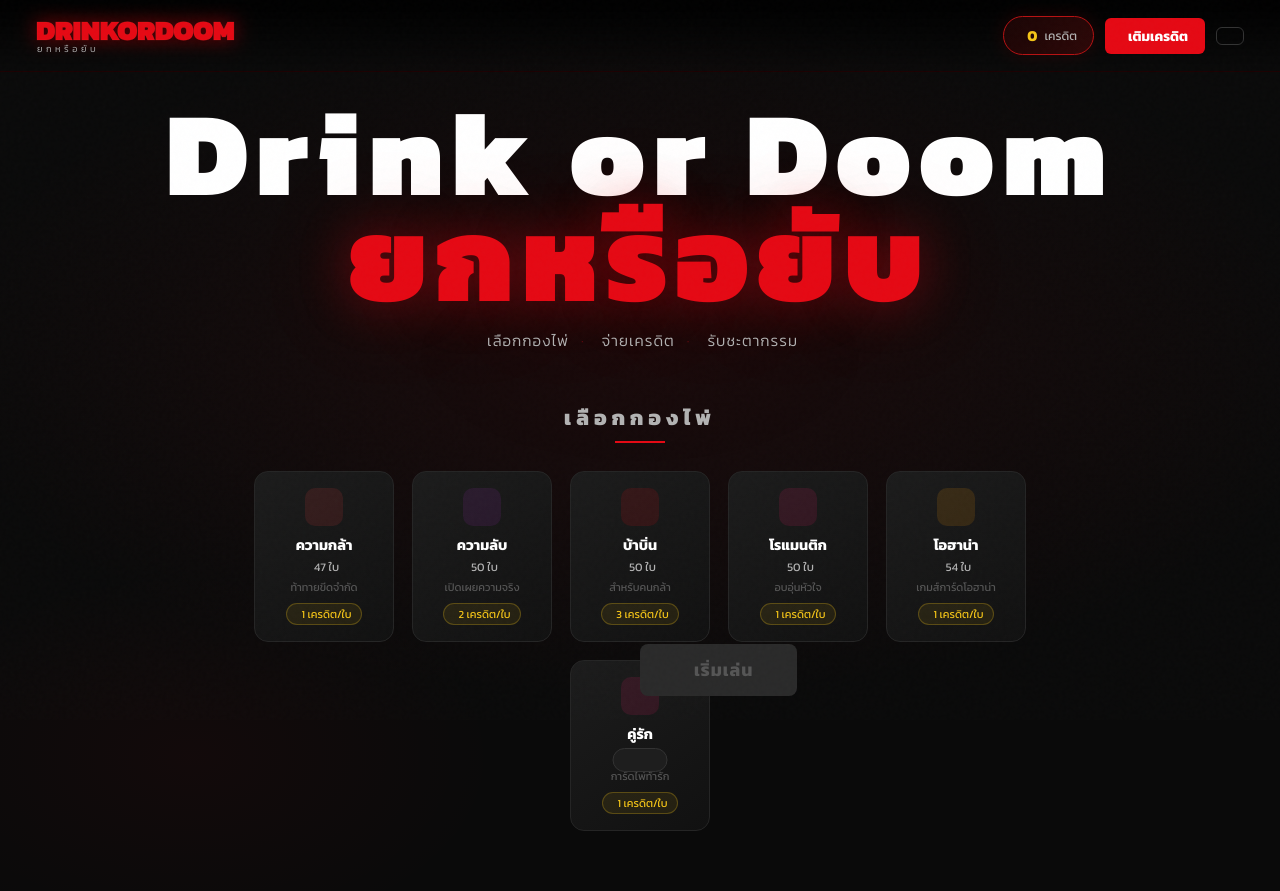
Repository: nuthiokhaw99/Drink-or-Doom.github.io
Page: index.html
An editor plug-in stored every save of this project. The page is shown before and after the next save, followed by the edit.
The browser window is 1280 px wide. The pictures show the whole page.
Some icons come from a web library that is not loaded, so they are not drawn.

Above is the page before, as saved 2026-03-25 00:42:53.

### index.html
<!DOCTYPE html>
<html lang="th">
<head>
<meta charset="UTF-8">
<meta name="viewport" content="width=device-width, initial-scale=1.0">
<title>DEALSHOT — ไพ่วงเหล้า</title>

<!-- Fonts -->
<link href="https://fonts.googleapis.com/css2?family=Kanit:ital,wght@0,300;0,400;0,600;0,700;0,800;0,900;1,400&display=swap" rel="stylesheet">

<!-- Flaticon Uicons -->
<link rel="stylesheet" href="https://cdn-uicons.flaticon.com/2.6.0/uicons-solid-rounded/css/uicons-solid-rounded.css">
<link rel="stylesheet" href="https://cdn-uicons.flaticon.com/2.6.0/uicons-regular-rounded/css/uicons-regular-rounded.css">
<link rel="stylesheet" href="https://cdn-uicons.flaticon.com/2.6.0/uicons-brands/css/uicons-brands.css">

<!-- Styles -->
<link rel="stylesheet" href="css/main.css">
<link rel="stylesheet" href="css/components.css">
<link rel="stylesheet" href="css/admin.css">
</head>
<body>

<header class="hdr">
  <div class="logo" onclick="goHome()">
    <div class="logo-wordmark">
      <span class="logo-main">DRINKORDOOM</span>
      <span class="logo-sub">ยกหรือยับ</span>
    </div>
  </div>
  <div class="hdr-r">
    <div class="credit-pill" onclick="openTopup()">
      <i class="fi fi-sr-coins" style="color:var(--gold);font-size:.95rem;"></i>
      <span class="amt" id="cr-disp">0</span>
      <span class="lbl">เครดิต</span>
    </div>
    <button class="btn-topup" onclick="openTopup()">
      <i class="fi fi-sr-plus"></i><span class="lbl-txt">เติมเครดิต</span>
    </button>
        <button class="btn-ghost" id="btn-admin" onclick="showAdmin()">
        <i class="fi fi-sr-tools"></i>
        </button>
  </div>
</header>

<!-- ============ HOME SCREEN ============ -->
<div id="home-screen">
  <section class="hero">
    <div class="big-title"><div>Drink or Doom</div><div class="r">ยกหรือยับ</div></div>
    <p class="hero-sub">
      <span class="chip"><i class="fi fi-sr-layers" style="color:var(--red);font-size:.85rem;"></i> เลือกกองไพ่</span>
      <span class="sep">·</span>
      <span class="chip"><i class="fi fi-sr-coins" style="color:var(--gold);font-size:.85rem;"></i> จ่ายเครดิต</span>
      <span class="sep">·</span>
      <span class="chip"><i class="fi fi-sr-bolt" style="color:var(--red);font-size:.85rem;"></i> รับชะตากรรม</span>
    </p>
    <p class="sec-label">เลือกกองไพ่</p>
    <div class="deck-grid-wrap">
      <div class="deck-grid" id="deck-grid"></div>
      <button class="btn-play" id="btn-play" onclick="startGame()" disabled>
        <i class="fi fi-sr-play"></i> เริ่มเล่น
      </button>
    </div>
  </section>
</div>

<!-- ============ GAME SCREEN ============ -->
<div id="game-screen">
  <div class="game-hdr">
    <div style="display:flex;align-items:center;gap:14px;">
      <button class="btn-ghost" onclick="goHome()"><i class="fi fi-sr-angle-left"></i> กลับ</button>
      <div class="g-deck-info">
        <div class="g-deck-ico" id="g-ico-wrap"><i id="g-ico" class="fi fi-sr-flame"></i></div>
        <div>
          <div class="g-nm" id="g-nm"></div>
          <div class="g-rm"><i class="fi fi-rr-copy" style="font-size:.7rem;opacity:.5;"></i><span id="g-rm"></span></div>
        </div>
      </div>
    </div>
    <div style="display:flex;align-items:center;gap:10px;">
      <!-- โหมด toggle -->
      <div class="layout-toggle">
        <button class="lt-btn act" id="lt-scatter" onclick="setLayout('scatter')" title="กระจายเละ">
          <i class="fi fi-sr-shuffle"></i>
        </button>
        <button class="lt-btn" id="lt-stack" onclick="setLayout('stack')" title="เรียงตับ">
          <i class="fi fi-sr-layers"></i>
        </button>
      </div>
      <div class="g-layout-label" id="g-layout-label">แบบกระจาย</div>
    </div>
  </div>
  <div class="table-area">
    <div class="cards-wrap" id="cards-wrap"></div>
    <div class="cost-hint">
      <i class="fi fi-rr-cursor" style="opacity:.6;"></i>
      แตะการ์ดเพื่อเปิด · ใช้ <span class="hl" id="cost-show">1</span> เครดิต/ใบ
    </div>
  </div>
</div>

<!-- ============ ADMIN SCREEN ============ -->
<div id="admin-screen">
  <div class="adm-hdr">
    <div>
      <div class="adm-ttl"><i class="fi fi-sr-settings-sliders" style="color:var(--red);"></i> <span class="r">ADMIN</span> PANEL</div>
      <div class="adm-sub">จัดการไพ่และกองไพ่ทั้งหมด</div>
    </div>
    <button class="btn-ghost" onclick="goHome()"><i class="fi fi-sr-home"></i> หน้าหลัก</button>
  </div>
  <div class="tabs">
    <button class="tab act" onclick="switchTab('decks',0)"><i class="fi fi-sr-layers"></i> กองไพ่</button>
    <button class="tab" onclick="switchTab('cards',1)"><i class="fi fi-sr-pencil"></i> แก้ไขไพ่</button>
    <button class="tab" onclick="switchTab('settings',2)"><i class="fi fi-sr-settings"></i> ตั้งค่า</button>
    <button class="tab" onclick="switchTab('sheet',3)"><i class="fi fi-sr-table"></i> Spreadsheet</button>
  </div>

  <!-- Tab: Decks -->
  <div class="tab-content act" id="tc-decks">
    <div class="deck-list-adm" id="adm-deck-list"></div>
    <button class="btn-add" onclick="openDeckForm()"><i class="fi fi-sr-plus"></i> เพิ่มกองไพ่ใหม่</button>
  </div>

  <!-- Tab: Cards -->
  <div class="tab-content" id="tc-cards">
    <div style="display:flex;align-items:center;gap:10px;margin-bottom:16px;">
      <label style="color:var(--text2);font-size:.85rem;display:flex;align-items:center;gap:6px;">
        <i class="fi fi-sr-layers"></i> กองไพ่:
      </label>
      <select class="fc" id="adm-deck-sel" style="width:200px" onchange="loadCE()"></select>
    </div>
    <div class="card-editor-box">
      <h3 id="ce-title"><i class="fi fi-sr-layers" style="color:var(--red);"></i> เลือกกองไพ่ก่อน</h3>
      <div class="card-list-ed" id="card-list-ed"></div>
      <button class="btn-add-card" onclick="addCRow()"><i class="fi fi-sr-plus"></i> เพิ่มไพ่</button>
    </div>
    <div style="display:flex;justify-content:flex-end;margin-top:14px;">
      <button class="btn-save" onclick="saveCards()"><i class="fi fi-sr-disk"></i> บันทึก</button>
    </div>
  </div>

  <!-- Tab: Settings -->
  <div class="tab-content" id="tc-settings">
    <div class="sheet-sec">
      <h3><i class="fi fi-sr-settings" style="color:var(--red);"></i> ตั้งค่าระบบ</h3>
      <p>กำหนดเครดิตเริ่มต้นและชื่อเว็บ</p>
      <div class="fg"><label><i class="fi fi-sr-coins"></i> เครดิตเริ่มต้น (ทดสอบ)</label><input type="number" class="fc" id="st-cr" value="10"></div>
      <div class="fg"><label><i class="fi fi-sr-tag"></i> ชื่อเว็บ</label><input type="text" class="fc" id="st-nm" value="DEALSHOT"></div>
      <div class="fg">
        <label><i class="fi fi-sr-flask"></i> โหมดทดสอบ</label>
        <select class="fc" id="st-test"><option value="1">เปิด</option><option value="0">ปิด</option></select>
      </div>
      <button class="btn-save" onclick="saveSettings()"><i class="fi fi-sr-disk"></i> บันทึก</button>
    </div>
  </div>

  <!-- Tab: Spreadsheet -->
  <div class="tab-content" id="tc-sheet">
    <div class="sheet-sec">
      <h3><i class="fi fi-brands-google" style="color:var(--red);"></i> เชื่อม Google Spreadsheet</h3>
      <p>ใส่ URL ของ Google Sheets (Share → Anyone with link can view)</p>
      <div class="sheet-row">
        <input type="text" class="sh-inp" id="sheet-url" placeholder="https://docs.google.com/spreadsheets/d/...">
        <button class="btn-conn" onclick="connectSheet()"><i class="fi fi-sr-link"></i> เชื่อมต่อ</button>
      </div>
      <div style="margin-top:16px;padding:14px;background:#1a1a1a;border-radius:8px;font-size:.8rem;color:var(--text2);line-height:2;">
        <strong style="color:#fff;display:flex;align-items:center;gap:6px;margin-bottom:4px;">
          <i class="fi fi-sr-info" style="color:var(--red);"></i> รูปแบบ Sheet ที่รองรับ:
        </strong>
        Sheet 1: <code style="color:var(--gold);">decks</code> — id | name | icon | theme | cost_per_card | description<br>
        Sheet 2: <code style="color:var(--gold);">cards</code> — deck_id | category | text
      </div>
    </div>
    <div class="sheet-sec">
      <h3><i class="fi fi-sr-database" style="color:var(--red);"></i> Export / Import</h3>
      <p>สำรองหรือนำเข้าข้อมูลไพ่ทั้งหมด</p>
      <div style="display:flex;gap:10px;flex-wrap:wrap;">
        <button class="btn-conn" onclick="exportData()"><i class="fi fi-sr-download"></i> Export JSON</button>
        <button class="btn-conn ghost" onclick="importData()"><i class="fi fi-sr-upload"></i> Import JSON</button>
        <button class="btn-conn ghost" onclick="resetData()"><i class="fi fi-sr-rotate-left"></i> รีเซ็ต</button>
      </div>
      <input type="file" id="imp-file" accept=".json" style="display:none" onchange="handleImport(event)">
    </div>
  </div>
</div>

<!-- ============ RESULT MODAL ============ -->
<div class="overlay" id="res-overlay">
  <div class="res-card">
    <div class="res-deck-lbl" id="res-dlbl"></div>
    <div class="res-ico-wrap" id="res-ico-wrap"><i id="res-ico" class="fi fi-sr-flame"></i></div>
    <div class="res-cat" id="res-cat"></div>
    <div class="res-txt" id="res-txt"></div>
    <div class="res-acts">
      <button class="btn-close-r" onclick="closeRes()"><i class="fi fi-sr-cross"></i> ปิด</button>
      <button class="btn-next" onclick="closeRes()">ไพ่ใบต่อไป <i class="fi fi-sr-arrow-right"></i></button>
    </div>
  </div>
</div>

<!-- ============ TOP-UP MODAL ============ -->
<div class="overlay" id="topup-overlay">
  <div class="modal-box">
    <button class="modal-x" onclick="closeTopup()"><i class="fi fi-sr-cross"></i></button>
    <div class="modal-ttl"><i class="fi fi-sr-coins" style="color:var(--gold);"></i> เติม<span class="r">เครดิต</span></div>
    <div class="modal-sub">เลือกแพ็กเกจที่ต้องการ</div>
    <div class="topup-grid">
      <div class="topup-opt" onclick="selPkg(this,10)">
        <div class="coins"><i class="fi fi-sr-coins"></i> 10</div><div class="price">฿29</div>
      </div>
      <div class="topup-opt" onclick="selPkg(this,30)">
        <div class="coins"><i class="fi fi-sr-coins"></i> 30</div><div class="price">฿79</div>
        <div class="bonus"><i class="fi fi-sr-plus"></i> +5 โบนัส</div>
      </div>
      <div class="topup-opt" onclick="selPkg(this,60)">
        <div class="coins"><i class="fi fi-sr-coins"></i> 60</div><div class="price">฿149</div>
        <div class="bonus"><i class="fi fi-sr-plus"></i> +15 โบนัส</div>
      </div>
      <div class="topup-opt" onclick="selPkg(this,150)">
        <div class="coins"><i class="fi fi-sr-coins"></i> 150</div><div class="price">฿349</div>
        <div class="bonus"><i class="fi fi-sr-star"></i> +50 โบนัส</div>
      </div>
    </div>
    <div class="coming-banner">
      <strong><i class="fi fi-sr-triangle-warning"></i> ระบบชำระเงินกำลังพัฒนา</strong>
      <span style="font-size:.75rem;">กด "รับฟรี" ด้านล่างเพื่อทดสอบ</span>
    </div>
    <button class="btn-free" onclick="freeCredit()"><i class="fi fi-sr-gift"></i> รับฟรี 10 เครดิต (ทดสอบ)</button>
  </div>
</div>

<!-- ============ DECK FORM MODAL ============ -->
<div class="form-overlay" id="deck-form-ov">
  <div class="form-box">
    <button class="form-x" onclick="closeDeckForm()"><i class="fi fi-sr-cross"></i></button>
    <h3 id="df-title"><i class="fi fi-sr-layers" style="color:var(--red);"></i> เพิ่มกองไพ่ใหม่</h3>
    <div class="fg"><label><i class="fi fi-sr-tag"></i> ชื่อกองไพ่</label><input class="fc" id="df-name" placeholder="เช่น ความกล้า"></div>
    <div class="fg">
      <label><i class="fi fi-sr-apps"></i> Flaticon Uicons (เช่น fi-sr-flame)</label>
      <input class="fc" id="df-icon" placeholder="fi-sr-flame">
    </div>
    <div class="fg">
      <label><i class="fi fi-sr-palette"></i> ธีมสี</label>
      <select class="fc" id="df-theme">
        <option value="fire">ไฟ — แดง</option>
        <option value="magic">เวทมนตร์ — ม่วง</option>
        <option value="skull">กะโหลก — แดงเข้ม</option>
        <option value="heart">หัวใจ — ชมพู</option>
        <option value="star">ดาว — ทอง</option>
        <option value="bolt">ฟ้าผ่า — ส้ม</option>
        <option value="default">ค่าเริ่มต้น — เทา</option>
      </select>
    </div>
    <div class="fg"><label><i class="fi fi-sr-align-left"></i> คำอธิบาย</label><input class="fc" id="df-desc" placeholder="คำอธิบายสั้นๆ"></div>
    <div class="fg"><label><i class="fi fi-sr-coins"></i> ค่าเครดิต/ใบ</label><input class="fc" type="number" id="df-cost" value="1" min="0"></div>
    <div class="form-acts">
      <button class="btn-cancel" onclick="closeDeckForm()"><i class="fi fi-sr-cross"></i> ยกเลิก</button>
      <button class="btn-save" onclick="saveDeck()"><i class="fi fi-sr-disk"></i> บันทึก</button>
    </div>
  </div>
</div>

<!-- ============ TOAST ============ -->
<div class="toast" id="toast">
  <i id="toast-ico" class="fi fi-sr-check-circle" style="color:#4caf50;"></i>
  <span id="toast-msg"></span>
</div>

<!-- ============ SCRIPTS ============ -->
<!-- โหลด db.js ก่อน เพราะไฟล์อื่นใช้ DB -->
<script src="js/db.js"></script>
<script src="js/admin-keys.js"></script>
<script src="js/payment.js"></script>
<script src="js/api.js"></script>
<script src="js/components.js"></script>
<script src="js/admin.js"></script>
<script src="js/app.js"></script>
</body>
</html>

### css/main.css
/* =========================================
   main.css — Base styles, variables, layout
   ========================================= */

:root {
  --bg: #0a0a0a;
  --bg2: #111;
  --bg3: #1a1a1a;
  --red: #e50914;
  --red2: #b81213;
  --red3: #ff1a24;
  --gold: #f5c518;
  --text: #fff;
  --text2: #b3b3b3;
  --text3: #555;
  --glow: rgba(229, 9, 20, 0.35);
}

* { margin: 0; padding: 0; box-sizing: border-box; }

body {
  background: var(--bg);
  color: var(--text);
  font-family: "Kanit", sans-serif;
  min-height: 100vh;
  overflow-x: hidden;
}

/* Grain overlay */
body::before {
  content: "";
  position: fixed;
  inset: 0;
  background-image: url("data:[embedded picture, 298 characters]");
  pointer-events: none;
  z-index: 9998;
  opacity: .35;
}

/* ---- DECK ICON COLOR THEMES ---- */
.th-fire    { background: rgba(229,57,53,.13);  color: #ef5350; }
.th-magic   { background: rgba(156,39,176,.13);  color: #ce93d8; }
.th-skull   { background: rgba(229,9,20,.13);    color: var(--red); }
.th-heart   { background: rgba(233,30,99,.13);   color: #f06292; }
.th-star    { background: rgba(245,197,24,.13);  color: var(--gold); }
.th-bolt    { background: rgba(255,152,0,.13);   color: #ffa726; }
.th-default { background: rgba(255,255,255,.06); color: var(--text2); }

/* ---- HEADER ---- */
.hdr {
  display: flex; align-items: center; justify-content: space-between;
  padding: 16px 36px;
  position: fixed; top: 0; left: 0; right: 0; z-index: 200;
  background: linear-gradient(180deg, rgba(0,0,0,.96) 0%, transparent 100%);
  border-bottom: 1px solid rgba(229,9,20,.12);
}
.logo {
  display: flex; align-items: center;
  cursor: pointer; text-decoration: none;
  user-select: none;
}

/* Netflix-style wordmark */
.logo-wordmark {
  display: flex;
  flex-direction: column;
  line-height: 1;
  gap: 1px;
}

.logo-main {
  font-family: "Kanit", sans-serif;
  font-weight: 900;
  font-size: 1.75rem;
  color: var(--red);
  letter-spacing: -0.5px;   /* Netflix แน่น ไม่ห่าง */
  text-transform: uppercase;
  /* เงา glow แบบ Netflix */
  text-shadow:
    0 0 20px rgba(229,9,20,.6),
    0 2px 4px rgba(0,0,0,.8);
  /* ขอบบางๆ ให้ดู solid */
  -webkit-text-stroke: 0.5px rgba(255,60,60,.3);
  transition: text-shadow .2s;
}

.logo-sub {
  font-family: "Kanit", sans-serif;
  font-weight: 300;
  font-size: .58rem;
  color: var(--text2);
  letter-spacing: 3.5px;
  text-transform: uppercase;
  padding-left: 1px;
}

.logo:hover .logo-main {
  text-shadow:
    0 0 30px rgba(229,9,20,.9),
    0 0 60px rgba(229,9,20,.4),
    0 2px 4px rgba(0,0,0,.8);
}

/* ลบ class เก่าที่ไม่ใช้แล้ว */
.logo-ico { display: none; }
.logo-txt { display: none; }
.hdr-r { display: flex; align-items: center; gap: 11px; }

/* ---- CREDIT PILL ---- */
.credit-pill {
  display: flex; align-items: center; gap: 7px;
  background: linear-gradient(135deg, #1a0505, #2d0808);
  border: 1px solid var(--red2); border-radius: 30px;
  padding: 7px 16px; cursor: pointer; transition: .2s;
  box-shadow: 0 0 18px rgba(229,9,20,.12);
}
.credit-pill:hover { border-color: var(--red); box-shadow: 0 0 24px var(--glow); }
.credit-pill .amt  { color: var(--gold); font-weight: 700; font-size: .95rem; }
.credit-pill .lbl  { color: var(--text2); font-size: .75rem; }

/* ---- BUTTONS ---- */
.btn-topup {
  background: var(--red); color: #fff; border: none;
  padding: 8px 17px; border-radius: 6px;
  font-family: "Kanit", sans-serif; font-weight: 700; font-size: .85rem;
  cursor: pointer; transition: .2s;
  display: flex; align-items: center; gap: 6px;
  white-space: nowrap;   /* เพิ่ม — ไม่ตัดบรรทัด */
  flex-shrink: 0;        /* เพิ่ม — ไม่ให้หด */
}
.btn-topup:hover { background: var(--red3); transform: translateY(-1px); box-shadow: 0 4px 18px var(--glow); }

.btn-ghost {
  background: transparent; color: var(--text2); border: 1px solid #333;
  padding: 8px 13px; border-radius: 6px;
  font-family: "Kanit", sans-serif; font-size: .82rem;
  cursor: pointer; transition: .2s;
  display: flex; align-items: center; gap: 6px;
}
.btn-ghost:hover { border-color: var(--text2); color: #fff; }

/* ---- HERO ---- */
.hero {
  min-height: 100vh; display: flex; flex-direction: column;
  align-items: center; justify-content: center;
  padding: 100px 20px 60px; position: relative;
}
.hero::before {
  content: ""; position: absolute; inset: 0;
  background:
    radial-gradient(ellipse 80% 55% at 50% 40%, rgba(229,9,20,.07) 0%, transparent 70%),
    radial-gradient(ellipse 40% 35% at 15% 85%, rgba(229,9,20,.04) 0%, transparent 60%);
}
.big-title {
  font-family: "Kanit", sans-serif; font-weight: 900;
  font-size: clamp(3.5rem, 10vw, 7.5rem);
  letter-spacing: 8px; text-align: center; line-height: .88; position: relative; z-index: 1;
}
.big-title .r { color: var(--red); text-shadow: 0 0 50px var(--glow), 0 0 100px rgba(229,9,20,.2); }
.hero-sub {
  color: var(--text2); font-size: .95rem; font-weight: 300; letter-spacing: 1px;
  margin: 18px 0 50px; position: relative; z-index: 1;
  display: flex; align-items: center; gap: 12px; flex-wrap: wrap; justify-content: center;
}
.hero-sub .chip { display: flex; align-items: center; gap: 5px; }
.hero-sub .sep  { color: var(--red); opacity: .4; }
.sec-label {
  font-family: "Kanit", sans-serif; font-weight: 800; font-size: 1.3rem;
  letter-spacing: 5px; color: var(--text2); text-align: center;
  margin-bottom: 28px; position: relative; z-index: 1;
}
.sec-label::after { content: ""; display: block; width: 50px; height: 2px; background: var(--red); margin: 8px auto 0; }

/* ---- DECK GRID ---- */
.deck-grid {
  display: flex; flex-wrap: wrap; gap: 18px; justify-content: center;
  position: relative; z-index: 1; max-width: 900px;
}
.deck-card {
  background: linear-gradient(145deg, #1c1c1c, #111);
  border: 1px solid #252525; border-radius: 14px;
  padding: 16px 18px;        /* ลดจาก 24px 28px */
  cursor: pointer;
  transition: all .3s cubic-bezier(.23,1,.32,1);
  position: relative; overflow: hidden;
  min-width: 140px;          /* ลดจาก 188px */
  text-align: center;
}
.deck-card::before {
  content: ""; position: absolute; top: 0; left: 0; right: 0; height: 2px;
  background: linear-gradient(90deg, transparent, var(--red), transparent);
  opacity: 0; transition: opacity .3s;
}
.deck-card:hover             { border-color: var(--red2); transform: translateY(-5px); box-shadow: 0 18px 44px rgba(229,9,20,.18); }
.deck-card:hover::before,
.deck-card.sel::before       { opacity: 1; }
.deck-card.sel               { border-color: var(--red); box-shadow: 0 0 28px var(--glow); background: linear-gradient(145deg, #1f0505, #130303); }
.d-ico-wrap {
  width: 38px; height: 38px;  /* ลดจาก 50px */
  border-radius: 10px;
  display: flex; align-items: center; justify-content: center;
  margin: 0 auto 8px;         /* ลดจาก 12px */
  font-size: 1.1rem;          /* ลดจาก 1.5rem */
}

.d-name { font-weight: 700; font-size: .9rem; margin-bottom: 2px; }  /* ลดจาก 1.05rem */
.d-cnt  { color: var(--text2); font-size: .72rem; display: flex; align-items: center; gap: 5px; justify-content: center; margin-top: 2px; }
.d-desc { color: var(--text3); font-size: .68rem; margin-top: 3px; }
.d-cost { display: inline-flex; align-items: center; gap: 5px; background: rgba(245,197,24,.08); border: 1px solid rgba(245,197,24,.25); border-radius: 20px; padding: 2px 9px; font-size: .68rem; color: var(--gold); margin-top: 8px; }
.btn-play {
  background: var(--red); color: #fff; border: none;
  padding: 13px 44px; border-radius: 8px;
  font-family: "Kanit", sans-serif; font-weight: 700; font-size: 1.1rem;
  cursor: pointer; margin-top: 0;   /* ลดจาก 40px */
  letter-spacing: 1px; transition: .25s;
  position: fixed; z-index: 1;
  box-shadow: 0 4px 28px var(--glow);
  display: inline-flex; align-items: center; gap: 10px;


  bottom: 24px;
  left: 50%;
  transform: translateX(-50%);

}
.btn-play:hover    { background: var(--red3); transform: translateY(-2px); box-shadow: 0 8px 40px var(--glow); }
.btn-play:disabled { background: #2a2a2a; color: #555; cursor: not-allowed; box-shadow: none; transform: none; }

/* ---- TOAST ---- */
.toast {
  position: fixed; bottom: 28px; left: 50%;
  transform: translateX(-50%) translateY(80px);
  background: #1e1e1e; border: 1px solid #333; border-radius: 30px;
  padding: 11px 22px; font-size: .88rem; z-index: 1000;
  transition: transform .3s; pointer-events: none;
  display: flex; align-items: center; gap: 9px;
}
.toast.show { transform: translateX(-50%) translateY(0); }

/* ---- SPARKLE ---- */
.spk {
  position: fixed; pointer-events: none; z-index: 9000;
  width: 5px; height: 5px; border-radius: 50%;
  animation: spk-a .75s ease-out forwards;
}
@keyframes spk-a {
  0%   { transform: scale(1); opacity: 1; }
  100% { transform: scale(0) translate(var(--tx), var(--ty)); opacity: 0; }
}

/* ---- RESPONSIVE ---- */
@media (max-width: 580px) {
  .hdr        { padding: 13px 16px; }
  .big-title  { font-size: 3rem; }
  /* .btn-topup .lbl-txt { display: none; } */
}

html, body {
  overflow-x: hidden;
  max-width: 100%;
}

.deck-grid-wrap {
  display: flex;
  flex-direction: column;
  align-items: center;
  gap: 20px;
  position: relative;
  z-index: 1;
}

body.in-game {
  overflow: hidden;
  position: fixed;
  width: 100%;
  height: 100%;
}

Loaded but not shown: js/db.js (373 lines, source omitted); js/app.js (479 lines, source omitted); js/components.js (333 lines, source omitted); js/admin.js (227 lines, source omitted); js/api.js (80 lines, source omitted); js/payment.js (64 lines, source omitted); js/admin-keys.js (25 lines, source omitted); css/components.css (361 lines, source omitted); css/admin.css (153 lines, source omitted)

After the next save:
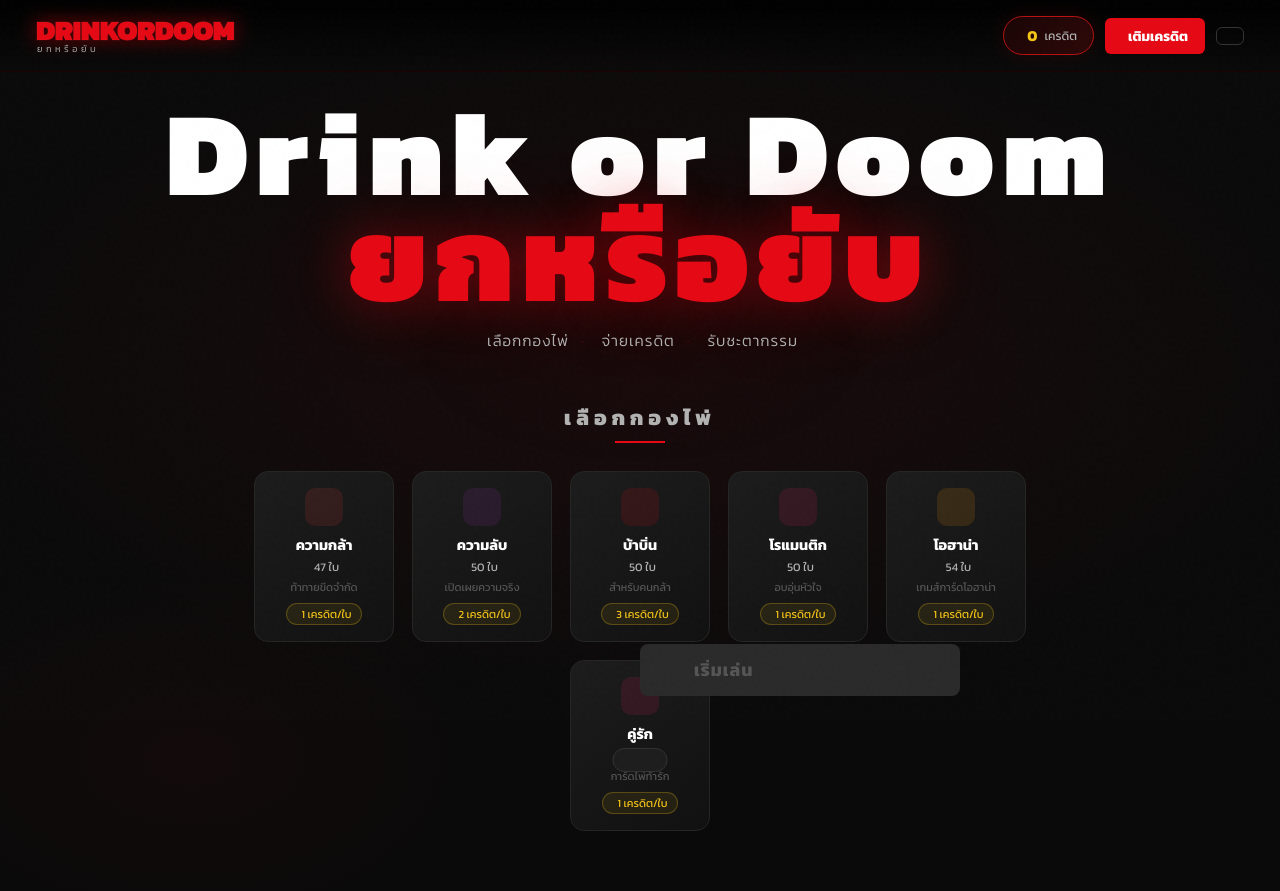
Saved 82 s later.
--- a/css/main.css
+++ b/css/main.css
@@ -213,11 +213,11 @@
   font-family: "Kanit", sans-serif; font-weight: 700; font-size: 1.1rem;
   cursor: pointer; margin-top: 0;   /* ลดจาก 40px */
   letter-spacing: 1px; transition: .25s;
-  position: fixed; z-index: 1;
+  position: fixed; z-index: 100;
   box-shadow: 0 4px 28px var(--glow);
   display: inline-flex; align-items: center; gap: 10px;
 
-
+width: min(320px, 80vw);
   bottom: 24px;
   left: 50%;
   transform: translateX(-50%);
